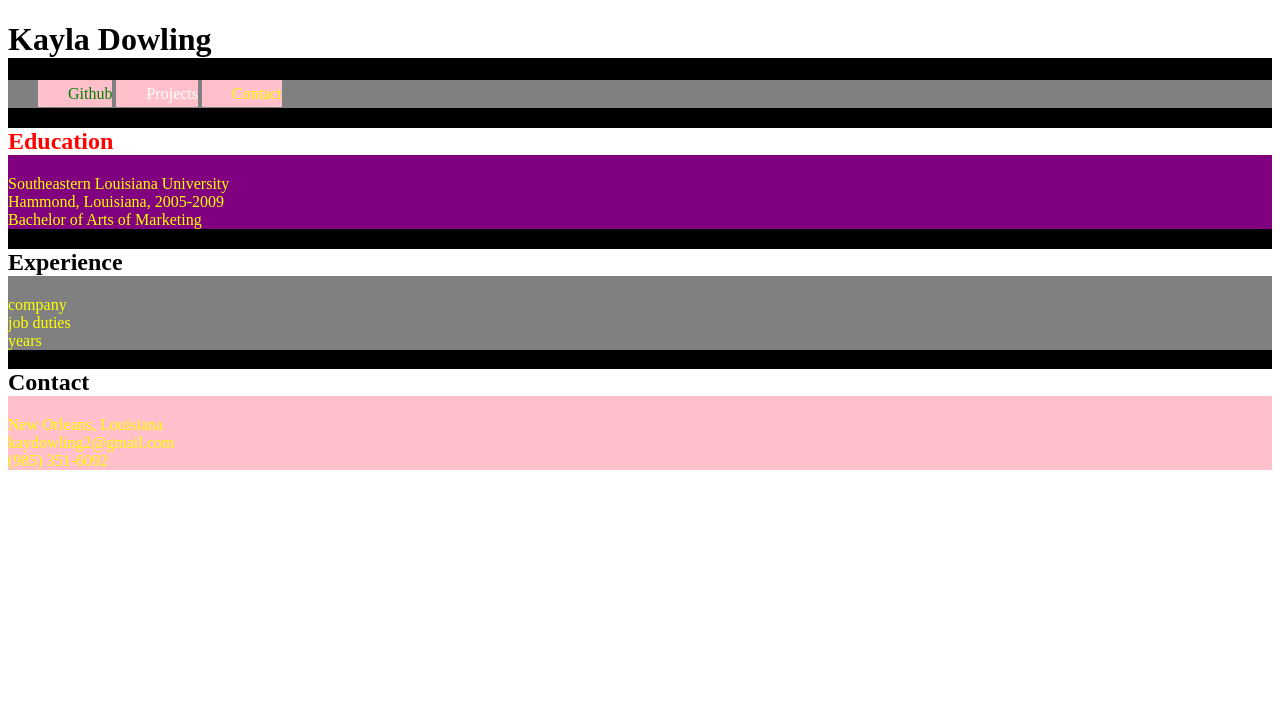
Repository: kayladowling/jekyll_website
Page: home.html
The author's editor kept a record of every edit. The page is drawn from the files as they stood at one moment, then again after the next edit.
The browser window is 1280 px wide. The pictures show the whole page.

Above is the page before.

After the next edit:
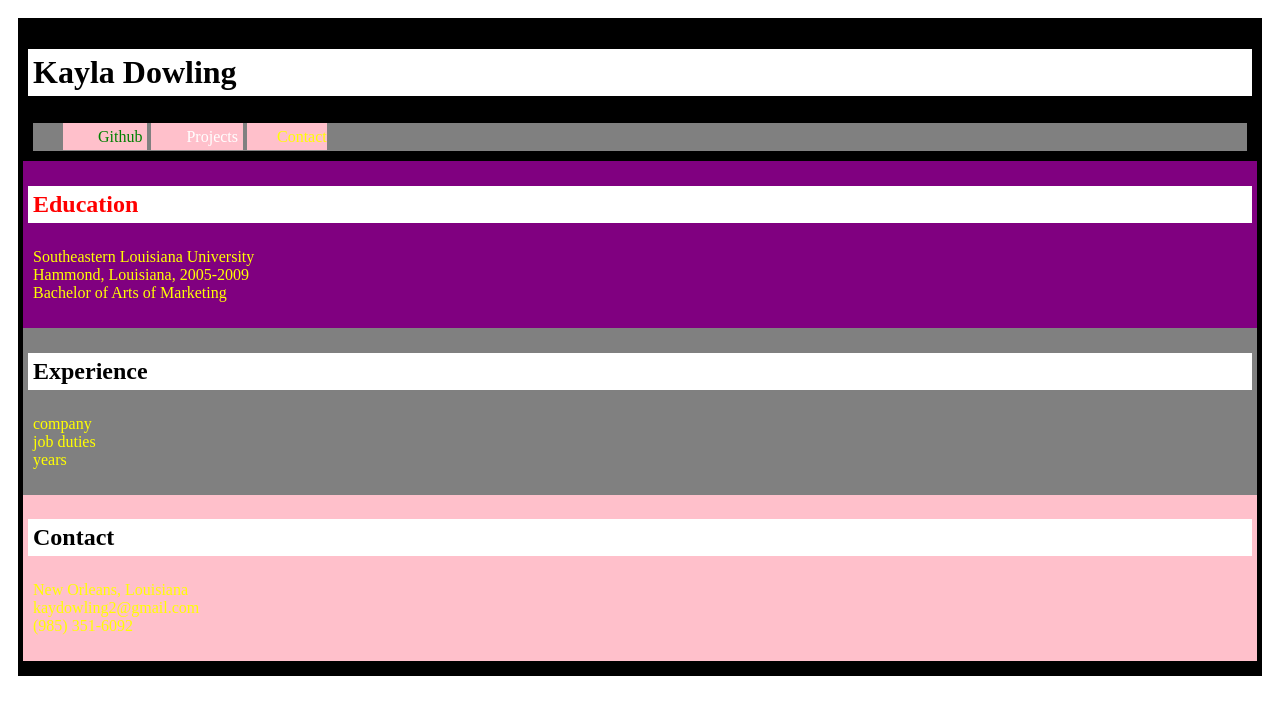
The edit:
--- a/css/home.css
+++ b/css/home.css
@@ -1,4 +1,7 @@
 
+* {
+    padding: 5px;
+}
 h1 {
     background-color: white;
 }
